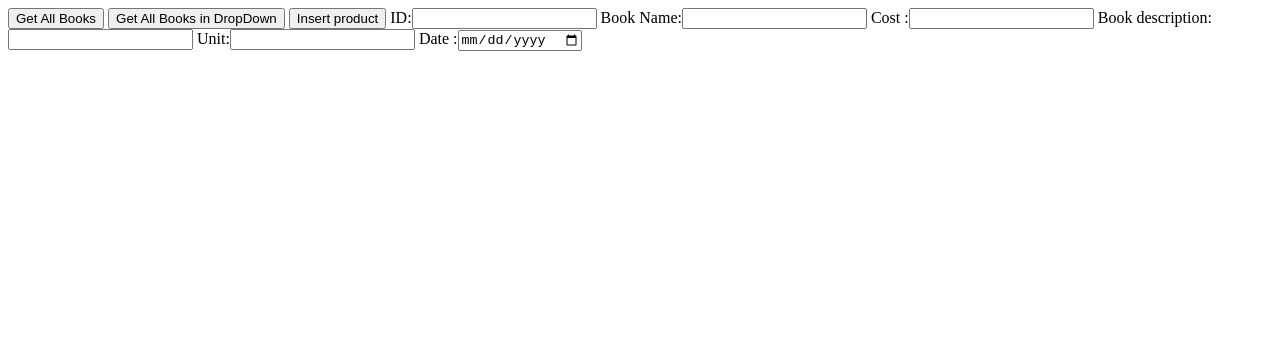
Repository: PranavDwagh/Spring-Boot-MVC-and-RestAPI
Page: GroceryAssignmentRestAPI/src/main/resources/static/jq.html
An editor plug-in stored every save of this project. The page is shown before and after the next save, followed by the edit.
The browser window is 1280 px wide. The pictures show the whole page.

Above is the page before, as saved 2022-02-01 15:17:46.

### GroceryAssignmentRestAPI/src/main/resources/static/jq.html
<!DOCTYPE html>
<html lang="en">
<head>
    <script src="https://ajax.googleapis.com/ajax/libs/jquery/3.5.1/jquery.js"></script>
    <script>
        $(document).ready(()=>{
            $("#b1").click(()=>{
                $.ajax({
                    url:'/grocery/getAll',
                    type:"GET",
                    success:function(data)
                    {
                        var obj = JSON.stringify(data)
                        $("#dis").html(obj);
                    }
                })
            })

            $("#b2").click(()=>{

                $.ajax({
                    url:'/grocery/getAll',
                    type:"GET",
                    success:function(data)
                    {
                        $("#dis").html('');
                        var s = $("<select></select>");
                        for(var i=0; i<data.length;i++)
                        {
                           // console.log(data[i].name)
                            s.append(`<option value=${data[i].name}>${data[i].name}</option>`)
                        }
                        $("#dis").append(s);
                    }
                })
            })
            // grocery/add/{id}/{name}/{cost}/{description}/{unit}/{date1}
            $("#b3").click(()=>{
                var id = $("#id").val();
                var name = $("#name").val();
                var cost = $("#cost").val();
                var description = $("#description").val();
                var unit = $("#unit").val();
                var date11 = $("#date").val();

                var url = `grocery/add/${id}/${name}/${cost}/${description}/${unit}/${date11}`


                $.ajax({

                    url:url,
                    type:'POST',
                    success:function(data)
                    {
                        $("#dis").html("<b>Inserted</b>");
                    }
                })
            })
        })
    </script>

</head>
<body>
    <button id="b1">Get All Books</button>
    <button id="b2">Get All Books in DropDown</button>
    <button id="b3">Insert product</button>
    ID:<input type="number" name="" id="id"/>
    Book Name:<input type="text" name="" id="name"/>
    Cost :<input type="number" name="" id="cost"/>
    Book description:<input type="description" name="" id="desc"/>
    Unit:<input type="unit" name="" id="desc"/>
    Date :<input type="date" name="" id="date"/>

    <p id="dis"></p>
</body>
</html>

After the next save:
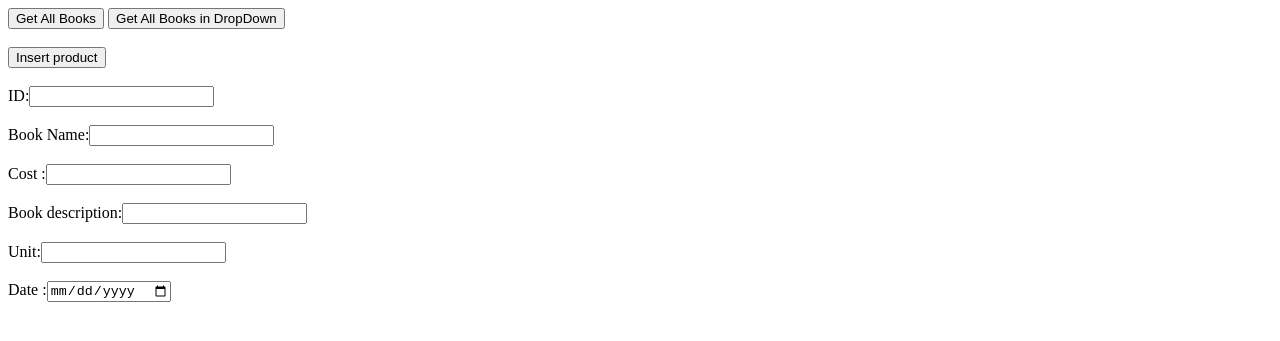
Saved 6 min 34 s later.
--- a/GroceryAssignmentRestAPI/src/main/resources/static/jq.html
+++ b/GroceryAssignmentRestAPI/src/main/resources/static/jq.html
@@ -62,15 +62,15 @@
 </head>
 <body>
     <button id="b1">Get All Books</button>
-    <button id="b2">Get All Books in DropDown</button>
-    <button id="b3">Insert product</button>
-    ID:<input type="number" name="" id="id"/>
-    Book Name:<input type="text" name="" id="name"/>
-    Cost :<input type="number" name="" id="cost"/>
-    Book description:<input type="description" name="" id="desc"/>
-    Unit:<input type="unit" name="" id="desc"/>
-    Date :<input type="date" name="" id="date"/>
-
+    <button id="b2">Get All Books in DropDown</button><br><br>
+    <button id="b3">Insert product</button><br><br>
+    ID:<input type="number" name="" id="id"/><br><br>
+    Book Name:<input type="text" name="" id="name"/><br><br>
+    Cost :<input type="number" name="" id="cost"/><br><br>
+    Book description:<input type="description" name="" id="desc"/><br><br>
+    Unit:<input type="unit" name="" id="desc"/><br><br>
+    Date :<input type="date" name="" id="date"/><br><br>
+<br><br>
     <p id="dis"></p>
 </body>
 </html>
